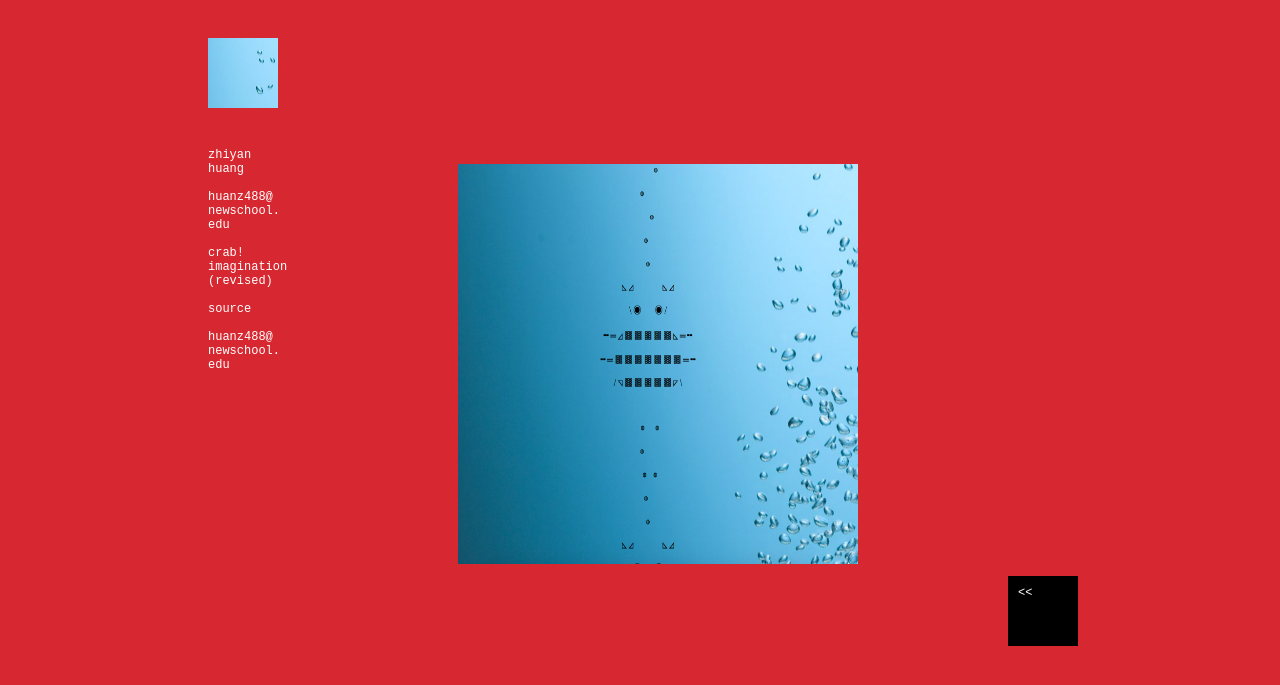
Repository: raghu225/raghu225.github.io
Page: archive/n_zhiyan.html
The author's editor kept a record of every edit. The page is drawn from the files as they stood at one moment, then again after the next edit.
The browser window is 1280 px wide. The pictures show the whole page.

Above is the page before.

### archive/n_zhiyan.html
<html>

    <head>
        <title>Zhiyan Huang</title>
        <link href="assets/css/style.css" rel="stylesheet" type="text/css" />
    </head>

    <body>

    <div class="wrapper">

        <img class="icon" src="assets/images/bluepic.png"/>
        <p class="text">
            zhiyan
            <br>
            huang
            <br>
            <br>
            huanz488@
            <br>
            newschool.
            <br>
            edu
            <br>
            <br>
            crab!
            <br>
            imagination
            <br>
            (revised)
            <br>
            <br>
            <a href="http://huanz488.github.io/composition/compositionrevised.html">source</a>
            <br>
            <br>
            huanz488@
            <br>
            newschool.
            <br>
            edu
        </p>

        <!--<div class="static-wrapper">-->
            <img class="static" src="assets/images/zhiyan.png"/>
        <!--</div>-->
        <a href="index.html"><div class="prev"><p><<</p></div></a>
    </body>

</html>

### archive/assets/css/style.css
body {
    background-color: #d72831;
}

.wrapper {
    /*width: 1000px;*/
    /*margin-top: 20px;*/
    /*margin-left: 300px;*/
    /*position: absolute;*/
    display: inline-block;
    width: 100%
}

.background {
    margin-left: 60px;
    margin-top: 30px;
    width: 70px;
    height: 70px;
    /*border: solid white;*/
    /*display: inline block;*/
    box-shadow: 1px 1px 12px #000000;
    transition: all .6s ease-in-out;
}

.vertical1 {
  position: absolute;
  margin-left: -342px;
  margin-top: -170px;
}

.vertical2 {
    position: absolute;
    margin-left: -342px;
    margin-top: -70px;
}

.vertical3 {
    position: absolute;
    margin-left: -342px;
    margin-top: 130px;
}


.background:hover {
    transform: scale(1.1);
}

.black {
    background-color: #000;
    /*display: inline-block;*/
    /*float: left;*/
}

.white {
    background-color: #fff;
    /*width: 90px;*/
    /*height: 90px;*/
    /*float: right;*/
    display: inline-block;
}

.grey:hover {
    background-color: black;
}

.text {
    font-family: 'courier new', courier;
    color: white;
    font-size: 12px;
    font-weight: lighter;
    width: 70px;
    margin-left: 200px;
    margin-top: 30px;
}

.icon {
    margin-left: 200px;
    margin-top: 30px;
    width: 70px;
    height: 70px;
}

.prev {
    background-color: black;
    width: 70px;
    height: 70px;
    /*margin-right: 0px;*/
    margin-top: 10px;
    margin-left: 1000px;
    text-decoration: none;
    color: white;
}

.left {
    float: left;
}

.static {
    /*position: absolute;*/
    width: 400px;
    height: 400px;
    margin-top: -220px;
    margin-left: 450px;
}

.static-wrapper {
    width: 100%;
}

p {
    margin-left: 10px;
    padding-top: 10px;
    font-family: 'courier new', courier;
    color: white;
    font-size: 12px;
    font-weight: lighter;
    /*position: relative;*/
}

a {
    text-decoration: none;
    color: white;
}

After the next edit:
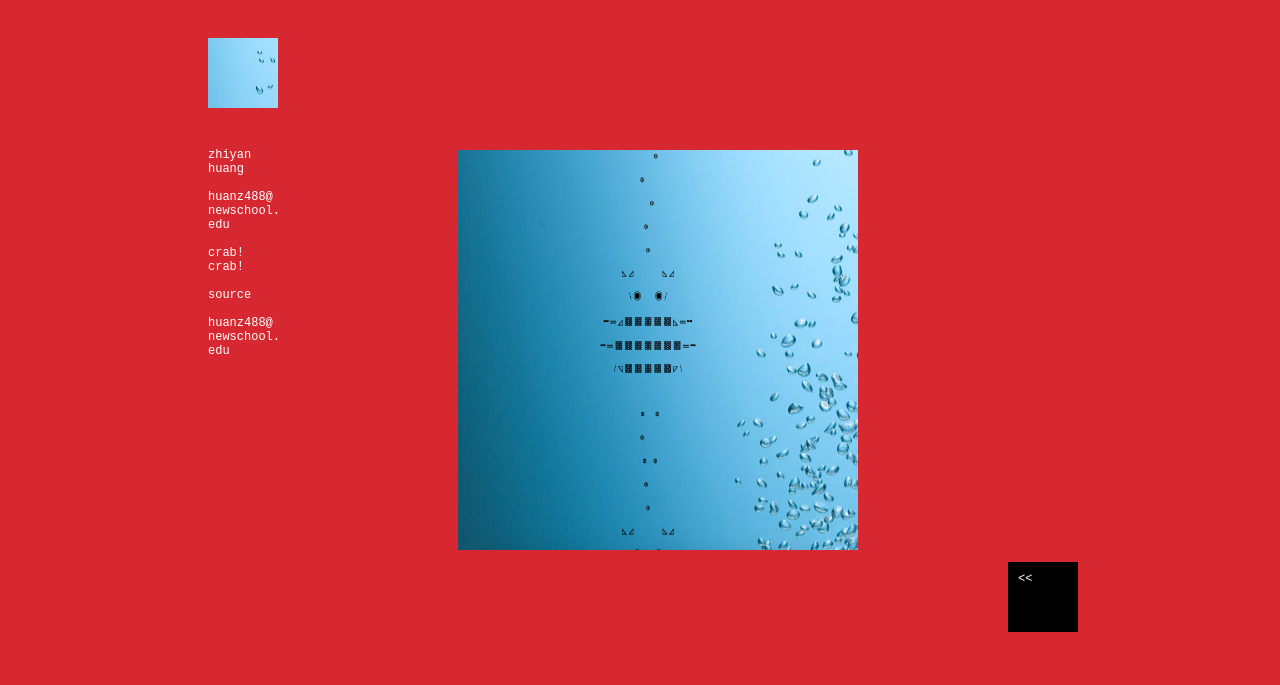
The edit:
--- a/archive/n_zhiyan.html
+++ b/archive/n_zhiyan.html
@@ -25,9 +25,7 @@
             <br>
             crab!
             <br>
-            imagination
-            <br>
-            (revised)
+            crab!
             <br>
             <br>
             <a href="http://huanz488.github.io/composition/compositionrevised.html">source</a>
